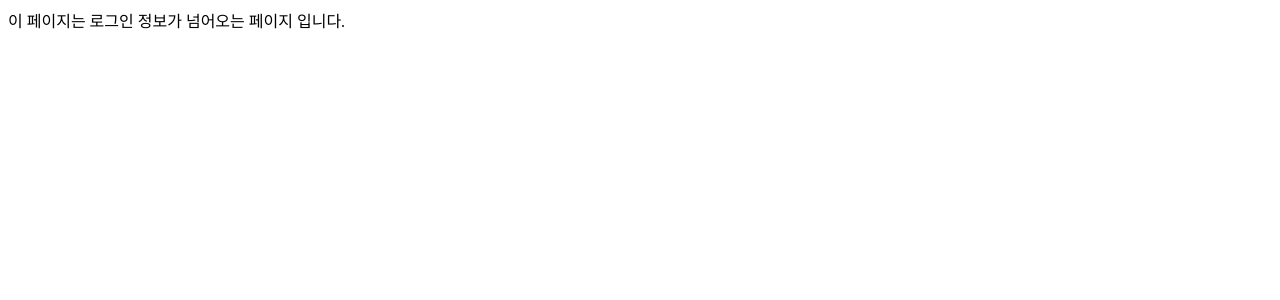
Repository: kdw1437/CreateBoardProject
Page: http://localhost/JSP3/ResponseProc.jsp
The author's editor kept a copy of each file at every save. The page is drawn from the files as they stood at one save, then again after the next save.
The browser window is 1280 px wide. The pictures show the whole page.
The page is served by Tomcat 9.

Above is the page before, as saved 2024-08-06 01:14:19.

After the next save:
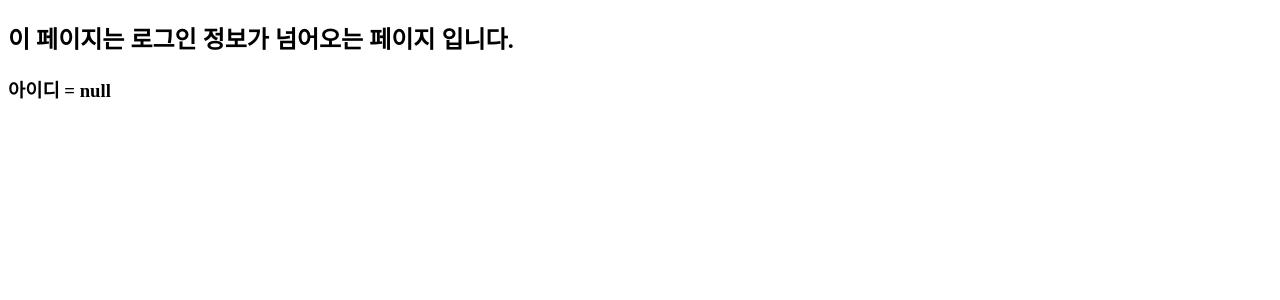
Saved 61 s later.
--- a/JSP3/src/main/webapp/ResponseProc.jsp
+++ b/JSP3/src/main/webapp/ResponseProc.jsp
@@ -4,7 +4,7 @@
 <html>
 <body>
 
-	이 페이지는 로그인 정보가 넘어오는 페이지 입니다.
+	<h2>이 페이지는 로그인 정보가 넘어오는 페이지 입니다.</h2>
 
 	<%
 		request.setCharacterEncoding("euc-kr");
@@ -13,5 +13,7 @@
 
 	%>
 
+	<h3> 아이디 = <%=id %></h3>
+
 </body>
 </html>
